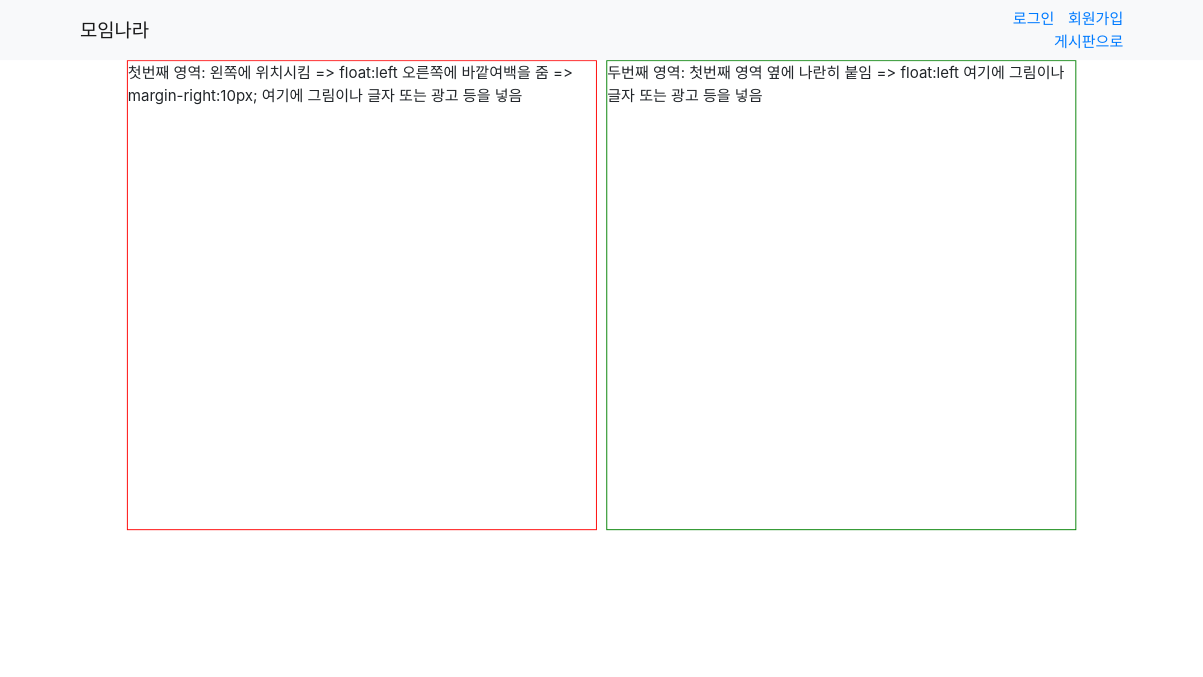
Repository: cmg9707/Devfox-spring-project
Page: http://localhost/DevJUS/WEB-INF/views/JUS/info.jsp
These files come from the project's save history. The page is drawn as it stood at one moment and after the next save; the edit follows.
The browser window is 1280 px wide. The pictures show the whole page, at 94% of full size.
Some web libraries are served in a nearby version. The page is served by Tomcat 9. Nobody is signed in. Other server files are loaded and not shown. The template is opened directly, without the code that normally fills it, so the values that code supplies are empty.

Above is the page before, as saved 2023-04-13 23:30:37.

### DevJUS/src/main/webapp/WEB-INF/views/JUS/info.jsp
<%@ page language="java" contentType="text/html; charset=UTF-8"
	pageEncoding="UTF-8"%>
<%@ taglib uri="http://java.sun.com/jsp/jstl/core" prefix="c"%>


<!DOCTYPE html>
<html>
<head>
<script
	src="https://ajax.googleapis.com/ajax/libs/jquery/1.11.0/jquery.min.js"></script>
<meta http-equiv="X-UA-Compatible" content="IE=edge">
<meta name="viewport" content="width=device-width, initial-scale=1">
<link
	href="https://cdn.jsdelivr.net/npm/bootstrap@5.3.0-alpha1/dist/css/bootstrap.min.css"
	rel="stylesheet"
	integrity="sha384-GLhlTQ8iRABdZLl6O3oVMWSktQOp6b7In1Zl3/Jr59b6EGGoI1aFkw7cmDA6j6gD"
	crossorigin="anonymous">
<link rel="stylesheet"
	//href="https://stackpath.bootstrapcdn.com/bootstrap/4.3.1/css/bootstrap.min.css"
	integrity="sha384-ggOyR0iXCbMQv3Xipma34MD+dH/1fQ784/j6cY/iJTQUOhcWr7x9JvoRxT2MZw1T"
	crossorigin="anonymous">
<meta charset="UTF-8">
<title>Insert title here</title>

</head>
<body>
	       <!-- Navigation-->
        <nav class="navbar navbar-light bg-light static-top">
            <div class="container">
                <a class="navbar-brand" href="index">모임나라</a>
                <div style="text-align: right;">
        <c:if test = "${user.user_power == 'x'}"> <!-- user -->
				<a href="user_mu" ><img src="/resources/css/img/user.png" alt="" style="width: 10%;"></a>
				${user.user_name}
				<a href="index" ><img src="/resources/css/img/logout.png" alt="" style="width: 10%;"></a>
		</c:if>
		<c:if test = "${user.user_power == 'o'}"> <!-- admin -->
				<a href="user_mu" >관리자</a>
				<a href="index" ><img src="/resources/css/img/logout.png" alt="" style="width: 10%;"></a>
		</c:if>
		 <c:if test = "${empty user}">
                <div >
				<a href="login" style="margin: 10px;">로그인</a>
                <a href="join">회원가입</a>
             	</div>
        </c:if>
        	<a href="board" >게시판으로</a>
             	</div>
            </div>

        </nav>

<div style="display: flex; justify-content: center;">
  <div style="width:500px; height:500px; border:1px solid red; float:left; margin-right:10px;">
    첫번째 영역:
    왼쪽에 위치시킴 =>  float:left
    오른쪽에 바깥여백을 줌 =>  margin-right:10px;
    여기에 그림이나 글자 또는 광고 등을 넣음
  </div>
  <div style="width:500px; height:500px; border:1px solid green; float:left;">
    두번째 영역:
    첫번째 영역 옆에 나란히 붙임 => float:left
    여기에 그림이나 글자 또는 광고 등을 넣음
  </div>
</div>
	<script>

	</script>
</body>
</html>

After the next save:
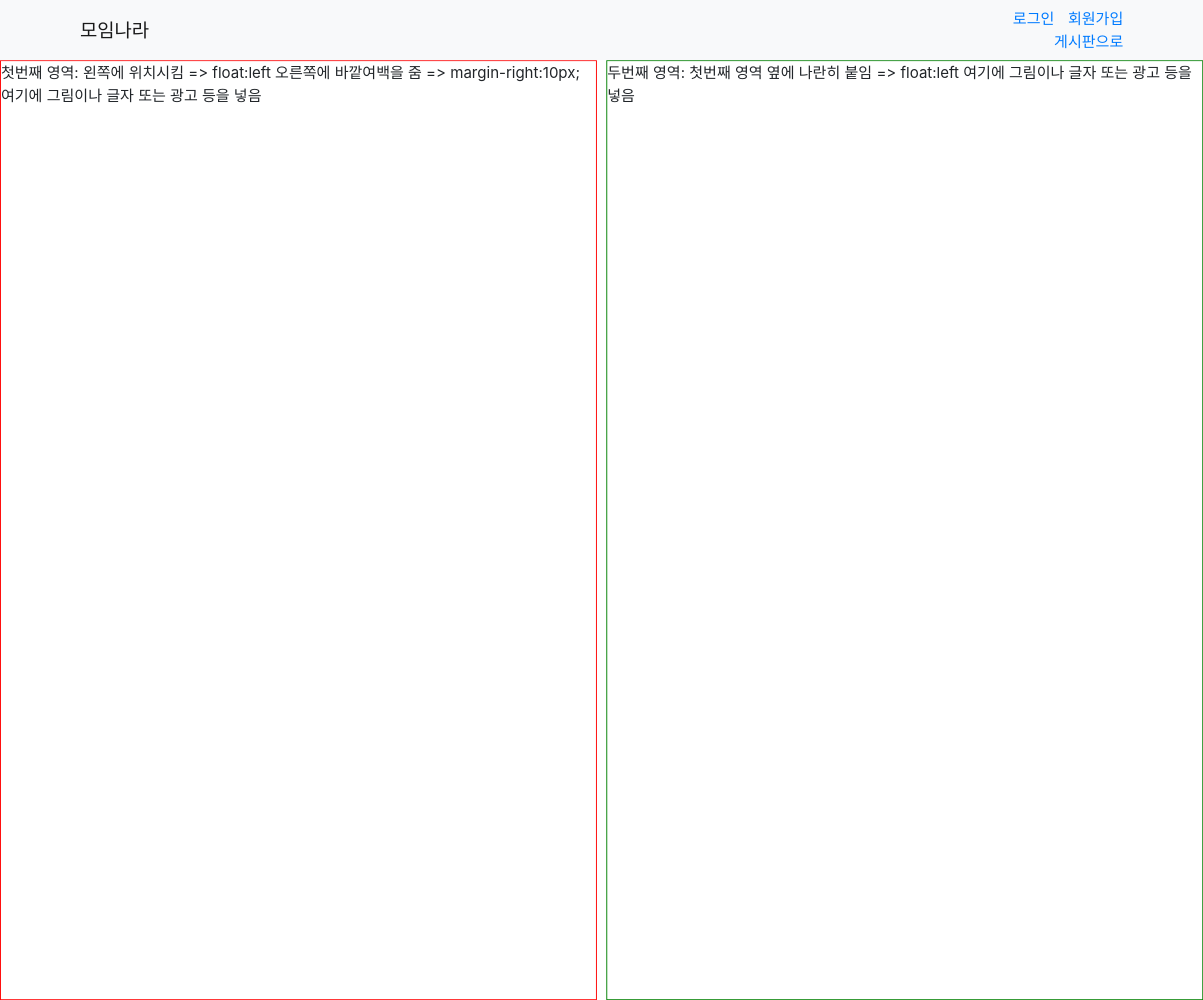
Saved 29 s later.
--- a/DevJUS/src/main/webapp/WEB-INF/views/JUS/info.jsp
+++ b/DevJUS/src/main/webapp/WEB-INF/views/JUS/info.jsp
@@ -51,13 +51,13 @@
         </nav>
 
 <div style="display: flex; justify-content: center;">
-  <div style="width:500px; height:500px; border:1px solid red; float:left; margin-right:10px;">
+  <div style="width:700px; height:1000px; border:1px solid red; float:left; margin-right:10px;">
     첫번째 영역:
     왼쪽에 위치시킴 =>  float:left
     오른쪽에 바깥여백을 줌 =>  margin-right:10px;
     여기에 그림이나 글자 또는 광고 등을 넣음
   </div>
-  <div style="width:500px; height:500px; border:1px solid green; float:left;">
+  <div style="width:700px; height:1000px; border:1px solid green; float:left;">
     두번째 영역:
     첫번째 영역 옆에 나란히 붙임 => float:left
     여기에 그림이나 글자 또는 광고 등을 넣음
